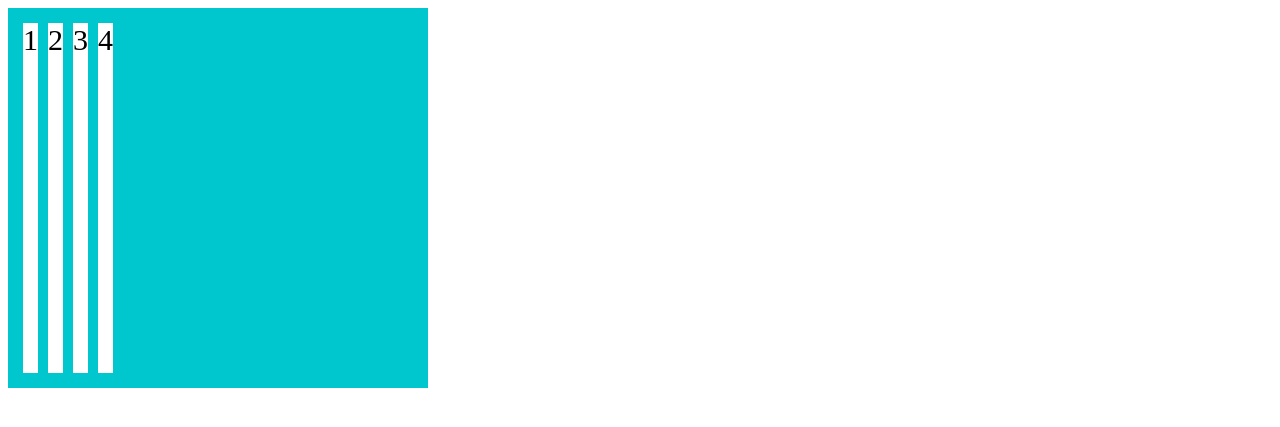
Repository: yuu2310/dmm-webcamp
Page: flex/flex.html
The author's editor kept a record of every edit. The page is drawn from the files as they stood at one moment, then again after the next edit.
The browser window is 1280 px wide. The pictures show the whole page.

Above is the page before.

After the next edit:
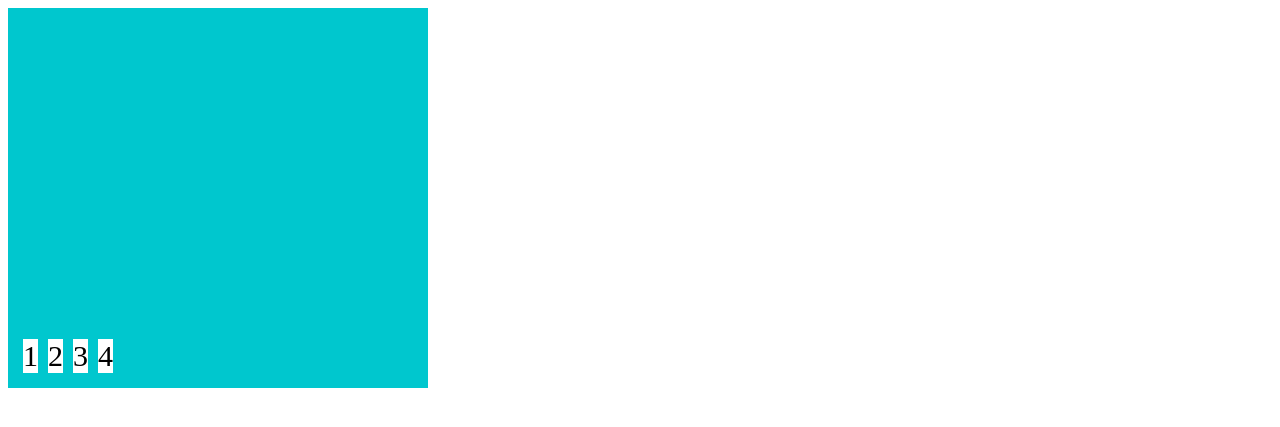
The edit:
--- a/flex/style.css
+++ b/flex/style.css
@@ -5,8 +5,8 @@
   padding: 10px;
   display: flex;
   /*justify-content: space-around;*/
-  /*align-items: baseline;*/
-  /*flex-wrap: wrap;*/
+  align-items: baseline;
+  flex-wrap: wrap;
   align-content: flex-end;
 }
 
